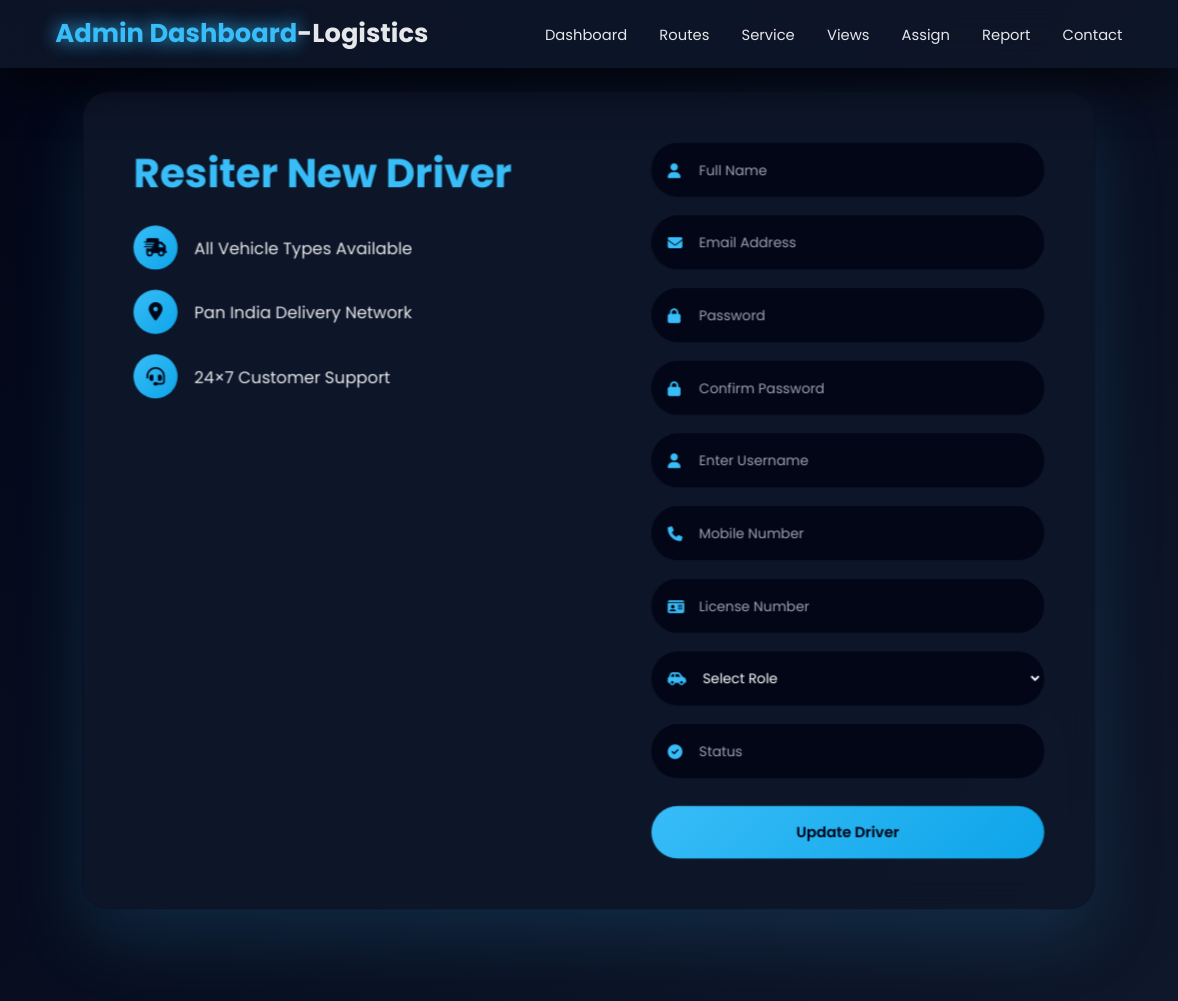
Repository: Pintu-6545/Java_Programming
Page: http://localhost/GreenFleetApplication/update-drivers.jsp
The author's editor kept a copy of each file at every save. The page is drawn from the files as they stood at one save, then again after the next save.
The browser window is 1280 px wide. The pictures show the whole page, at 92% of full size.
The page is served by Tomcat 10. Other server files are loaded and not shown.

Above is the page before, as saved 2025-12-25 07:04:15.

### Assessement/GreenFeetApp1/GreenFleetApplication/src/main/webapp/update-drivers.jsp
<%@ page language="java" contentType="text/html; charset=UTF-8"
	pageEncoding="UTF-8"%>
<%@include file="header.jsp"%>
<!DOCTYPE html>
<html>
<head>
<meta charset="UTF-8">
<title>Edit Driver Details</title>
</head>
<body>
	<section class="form-section">
		<div class="form-wrapper">

			<!-- LEFT INFO -->
			<div class="form-info">
				<h2>Resiter New Driver</h2>

				<div class="info-box">
					<i class="fa-solid fa-truck-fast"></i> <span>All Vehicle
						Types Available</span>
				</div>

				<div class="info-box">
					<i class="fa-solid fa-location-dot"></i> <span>Pan India
						Delivery Network</span>
				</div>

				<div class="info-box">
					<i class="fa-solid fa-headset"></i> <span>24×7 Customer
						Support</span>
				</div>
			</div>

			<!-- FORM -->
			<form class="form-box" name="frm" method="post" action="DriverController">
				<div class="input-group">
					<i class="fa-solid fa-user"></i> <input type="text"
					 name="name" placeholder="Full Name" required>
				</div>

				<div class="input-group">
					<i class="fa-solid fa-envelope"></i> <input type="email"
					 name="email" placeholder="Email Address" required>
				</div>

				<div class="input-group">
					<i class="fa fa-lock"></i> <input type="password"
						name="password" placeholder="Password" required>
				</div>
				<div class="input-group">
					<i class="fa fa-lock"></i> <input type="password"
						name="cpassword" placeholder="Confirm Password" required>
				</div>
				<div class="input-group">
					<i class="fa fa-user"></i> <input type="text"
					name="username"	placeholder="Enter Username" required>
				</div>
				<div class="input-group">
					<i class="fa-solid fa-phone"></i> <input type="text"
						name="phone_no" placeholder="Mobile Number" required>
				</div>
				<div class="input-group">
					<i class="fa fa-id-card"></i> <input type="text"
					name="license_no" placeholder="License Number" required>
				</div>

				<div class="input-group">
					<i class="fa-solid fa-car-side"></i> <select name="role" required>
						<option value="Select Role">Select Role</option>
         				<option value="driver">Driver</option>
					</select>
				</div>
				<div class="input-group">
					<i class="fa fa-check-circle"></i> <input type="text"
					name="status" placeholder="Status" required>
				</div>

				<button type="submit" name="action" value="insert">Update Driver</button>
			</form>

		</div>
	</section>

</body>
</html>

### Assessement/GreenFeetApp1/GreenFleetApplication/src/main/webapp/header.jsp
<%@ page language="java" contentType="text/html; charset=UTF-8"
    pageEncoding="UTF-8"%>
<!DOCTYPE html>
<html>
<head>
<meta charset="UTF-8">
<title>Ultra AI Logistics</title>
<meta name="viewport" content="width=device-width, initial-scale=1.0">

<!-- FONT & ICONS -->
<link
	href="https://fonts.googleapis.com/css2?family=Poppins:wght@300;400;600;700&display=swap"
	rel="stylesheet">
<link rel="stylesheet"
	href="https://cdnjs.cloudflare.com/ajax/libs/font-awesome/6.5.1/css/all.min.css">

<link rel="stylesheet" href="css/index.css">
</head>
<body>
<!-- ================= NAVBAR ================= -->
	<nav class="navbar">
		<div class="logo">
			<span>Admin Dashboard</span>-Logistics
		</div>

		<div class="menu-toggle" id="menuToggle">
			<span></span><span></span><span></span>
		</div>

		<ul class="menu" id="menu">
			<li class="menu-item"><a href="admin-index.jsp">Dashboard</a></li>

			<li class="menu-item"><a href="#">Routes</a>
				<ul class="dropdown">
					<li><a href="#">Add Route</a></li>
					<li><a href="#">View Route </a></li>
				</ul></li>
			<li class="menu-item"><a href="#">Service</a>
				<ul class="dropdown">
					<li><a href="add-driver.jsp">Add Driver</a></li>
					<li><a href="#">Add Vehicle</a></li>
					<li><a href="#">Add Vehicle Feul</a></li>
					<li><a href="#">Add Maintanance</a></li>
				</ul></li>


			<li class="menu-item"><a href="#">Views</a>
				<ul class="dropdown">
					<li><a href="view-drivers.jsp">View Drivers</a></li>
					<li><a href="#">View Vehicles</a></li>
					<li><a href="#">View Feuls</a></li>
				</ul></li>
				<li class="menu-item"><a href="#">Assign</a>
				<ul class="dropdown">
					<li><a href="#"> Add Vehicle-Driver</a></li>
					<li><a href="#">View Vehicles-Driver</a></li>

				</ul></li>
			<li class="menu-item"><a href="#">Report</a>
				<ul class="dropdown">
					<li><a href="#">Incident Report</a></li>
					<li><a href="#">Other Report</a></li>
				</ul></li>
			<li class="menu-item"><a href="#">Contact</a>
				<ul class="dropdown">
					<li><a href="#">Support</a></li>
					<li><a href="#">Email</a></li>
				</ul></li>
		</ul>
	</nav>

</body>
</html>

### Assessement/GreenFeetApp1/GreenFleetApplication/src/main/webapp/css/index.css
/* ================= GLOBAL ================= */
*{
    margin:0;
    padding:0;
    box-sizing:border-box;
    font-family:Poppins,sans-serif;
}
body{
    background:#0f172a;
    color:#fff;
}

/* ================= ROOT ================= */
:root{
    --bg:#020617;
    --glass:rgba(15,23,42,.85);
    --primary:#38bdf8;
    --secondary:#22d3ee;
    --text:#e5e7eb;
}

/* ================= NAVBAR ================= */
.navbar{
    position:fixed;
    top:0;
    width:100%;
    padding:16px 60px;
    background:var(--glass);
    backdrop-filter:blur(18px);
    display:flex;
    justify-content:space-between;
    align-items:center;
    z-index:1000;
    box-shadow:0 20px 50px rgba(0,0,0,.6);
}

/* ================= LOGO ================= */
.logo{
    font-size:28px;
    font-weight:800;
    color:var(--text);
}
.logo span{
    color:var(--primary);
    text-shadow:0 0 20px var(--primary);
}

/* ================= MENU ================= */
.menu{
    display:flex;
    gap:35px;
    list-style:none;
}
.menu-item{
    position:relative;
}
.menu-item > a{
    color:var(--text);
    text-decoration:none;
    font-size:16px;
    padding:10px 0;
    position:relative;
}

/* underline animation */
.menu-item > a::after{
    content:"";
    position:absolute;
    bottom:-6px;
    left:0;
    width:0;
    height:3px;
    background:linear-gradient(90deg,var(--primary),var(--secondary));
    transition:.4s;
    border-radius:10px;
}
.menu-item > a:hover::after{
    width:100%;
}

/* ================= DROPDOWN ================= */
.dropdown{
    position:absolute;
    top:55px;
    left:0;
    background:linear-gradient(180deg,#020617,#020617);
    border-radius:18px;
    min-width:210px;
    padding:10px;
    opacity:0;
    visibility:hidden;
    transform:rotateX(-15deg) translateY(15px);
    transform-origin:top;
    transition:.45s cubic-bezier(.2,.8,.2,1);
    box-shadow:0 25px 80px rgba(56,189,248,.25);
}

.dropdown li{
    list-style:none;
}

.dropdown a{
    display:block;
    padding:14px 18px;
    border-radius:12px;
    color:#cbd5f5;
    text-decoration:none;
    transition:.3s;
}
.dropdown a:hover{
    background:linear-gradient(135deg,var(--primary),var(--secondary));
    color:#020617;
    transform:translateX(6px);
}

/* hover open */
.menu-item:hover .dropdown{
    opacity:1;
    visibility:visible;
    transform:rotateX(0) translateY(0);
}

/* ================= MOBILE ================= */
.menu-toggle{
    display:none;
    flex-direction:column;
    gap:6px;
    cursor:pointer;
}
.menu-toggle span{
    width:28px;
    height:3px;
    background:var(--primary);
    border-radius:10px;
}

/* ================= RESPONSIVE ================= */
@media(max-width:900px){
    .menu-toggle{display:flex;}
    .menu{
        position:absolute;
        top:75px;
        right:30px;
        background:#020617;
        flex-direction:column;
        width:260px;
        border-radius:20px;
        padding:20px;
        opacity:0;
        pointer-events:none;
        transform:scale(.9);
        transition:.4s;
    }
    .menu.active{
        opacity:1;
        pointer-events:auto;
        transform:scale(1);
    }
    .dropdown{
        position:static;
        transform:none;
        opacity:1;
        visibility:visible;
        box-shadow:none;
    }
}

/* ================= CAROUSEL ================= */
.carousel{
    height:100vh;
    margin-top:80px;
    position:relative;
    overflow:hidden;
}
.slide{
    position:absolute;
    inset:0;
    background-size:cover;
    background-position:center;
    opacity:0;
    transition:opacity 1.2s;
}
.slide.active{opacity:1;}
.overlay{
    position:absolute;
    inset:0;
    background:linear-gradient(to right,rgba(0,0,0,.75),rgba(0,0,0,.3));
}
.content{
    position:absolute;
    top:50%;
    left:8%;
    transform:translateY(-50%);
    max-width:600px;
}
.content h1{
    font-size:48px;
}
.content p{
    margin:15px 0 25px;
    color:#e2e8f0;
}
.btn{
    padding:14px 30px;
    border-radius:30px;
    border:none;
    background:linear-gradient(45deg,#38bdf8,#0ea5e9);
    cursor:pointer;
}

/* ================= SECTIONS ================= */
.section{
    padding:90px 8%;
}
.section h2{
    font-size:38px;
    color:#38bdf8;
}
.section p{
    max-width:850px;
    color:#cbd5f5;
}

/* ================= CARDS ================= */
.card-grid{
    display:grid;
    grid-template-columns:repeat(auto-fit,minmax(250px,1fr));
    gap:25px;
    margin-top:40px;
}
.card{
    background:#1e293b;
    border-radius:15px;
    overflow:hidden;
    transition:.4s;
}
.card:hover{
    transform:translateY(-8px);
}
.card img{
    width:100%;
    height:200px;
    object-fit:cover;
}
.card h3{
    padding:15px;
    color:#38bdf8;
}
.card p{
    padding:0 15px 20px;
    font-size:14px;
}

/* ================= TABLE ================= */
table{
    width:100%;
    border-collapse:collapse;
    margin-top:30px;
}
th,td{
    padding:14px;
    border:1px solid #334155;
    text-align:center;
}
th{
    background:#38bdf8;
    color:#000;
}
tr:nth-child(even){
    background:#1e293b;
}

/* ================= FORM SECTION ================= */
.form-section{
    padding:100px 6%;
    background:linear-gradient(135deg,#020617,#0f172a);
}

.form-wrapper{
    max-width:1100px;
    margin:auto;
    background:rgba(15,23,42,.92);
    backdrop-filter:blur(18px);
    border-radius:28px;
    padding:55px;
    display:grid;
    grid-template-columns:1.2fr 1fr;
    gap:50px;
    box-shadow:0 30px 80px rgba(56,189,248,.15);
}

/* ================= LEFT INFO ================= */
.form-info h2{
    font-size:44px;
    margin-bottom:25px;
    color:#38bdf8;
}

.info-box{
    display:flex;
    align-items:center;
    gap:18px;
    margin:22px 0;
    font-size:18px;
    color:#e5e7eb;
}

.info-box i{
    width:48px;
    height:48px;
    display:grid;
    place-items:center;
    font-size:20px;
    background:linear-gradient(135deg,#38bdf8,#0ea5e9);
    color:#020617;
    border-radius:50%;
}

/* ================= FORM ================= */
.form-box{
    display:flex;
    flex-direction:column;
    gap:20px;
}

.input-group{
    position:relative;
}

.input-group i{
    position:absolute;
    top:50%;
    left:18px;
    transform:translateY(-50%);
    font-size:16px;
    color:#38bdf8;
    pointer-events:none;
}

.input-group input,
.input-group select,
.input-group textarea{
    width:100%;
    padding:16px 18px 16px 50px;
    border-radius:30px;
    border:2px solid transparent;
    outline:none;
    background:#020617;
    color:#fff;
    font-size:15px;
    transition:.35s;
}

/* Focus & Hover Handling */
.input-group input:focus,
.input-group textarea:focus,
.input-group select:focus{
    border-color:#38bdf8;
    box-shadow:0 0 0 4px rgba(56,189,248,.15);
}

/* Placeholder */
::placeholder{
    color:#9ca3af;
}

/* Textarea */
textarea{
    height:120px;
    resize:none;
}

/* ================= BUTTON ================= */
.form-box button{
    margin-top:10px;
    padding:16px;
    border-radius:30px;
    border:none;
    font-size:16px;
    font-weight:600;
    color:#020617;
    background:linear-gradient(135deg,#38bdf8,#0ea5e9);
    cursor:pointer;
    transition:.35s;
}

.form-box button:hover{
    transform:translateY(-2px);
    box-shadow:0 15px 40px rgba(56,189,248,.4);
}

/* ================= RESPONSIVE ================= */
@media(max-width:900px){
    .form-wrapper{
        grid-template-columns:1fr;
        padding:40px;
    }
    .form-info h2{
        font-size:36px;
    }
}

@media(max-width:480px){
    .form-wrapper{
        padding:30px 22px;
    }
    .input-group input,
    .input-group select,
    .input-group textarea{
        font-size:14px;
    }
}

After the next save:
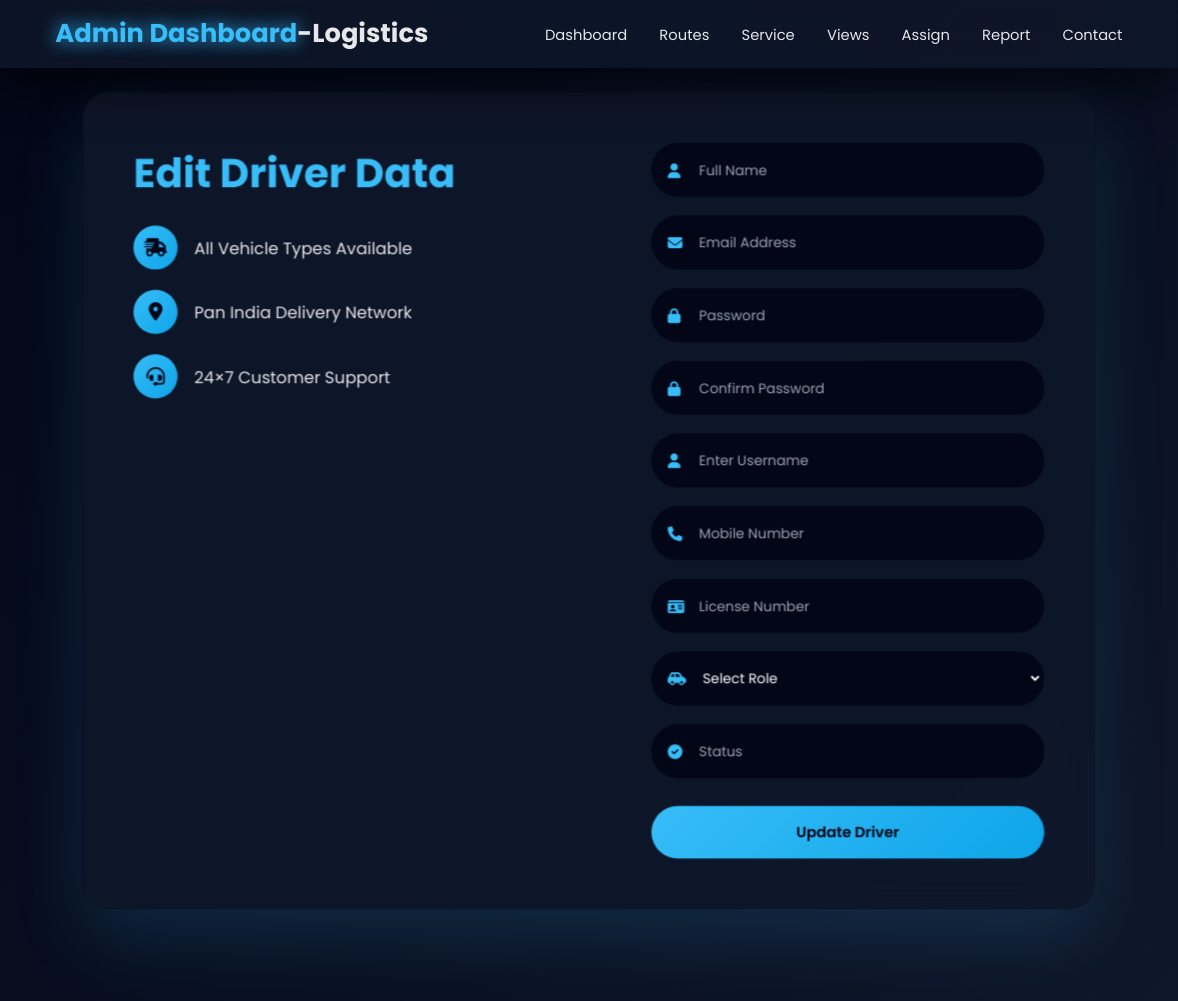
Saved 112 s later.
--- a/Assessement/GreenFeetApp1/GreenFleetApplication/src/main/webapp/update-drivers.jsp
+++ b/Assessement/GreenFeetApp1/GreenFleetApplication/src/main/webapp/update-drivers.jsp
@@ -13,7 +13,7 @@
 
 			<!-- LEFT INFO -->
 			<div class="form-info">
-				<h2>Resiter New Driver</h2>
+				<h2>Edit Driver Data</h2>
 
 				<div class="info-box">
 					<i class="fa-solid fa-truck-fast"></i> <span>All Vehicle
